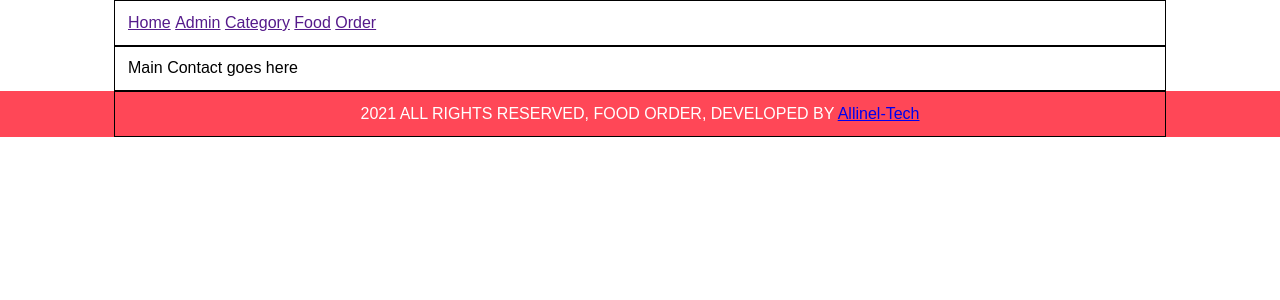
Repository: yazshrilld/food_order
Page: http://localhost/admin/index.php
These files come from the project's save history. The page is drawn as it stood at one moment and after a run of saves; the edit follows.
The browser window is 1280 px wide. The pictures show the whole page.
The page is run by PHP 8.4 with error messages shown; the project is at /var/www/html/.

Above is the page before, as saved 2021-01-24 16:15:54.

After the next 9 saves:
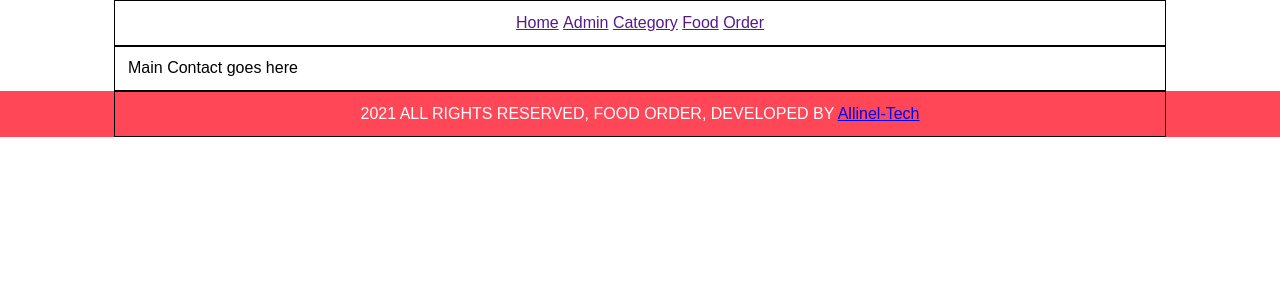
The 9 saves are shown as one change because they came seconds apart.
The last was saved 65 s later.
--- a/css/admin.css
+++ b/css/admin.css
@@ -21,6 +21,9 @@
     text-align: center;
 }
 /* CSS for Menu */
+.menu {
+    text-align: center;
+}
 .menu ul {
     list-style-type: none;
 }
